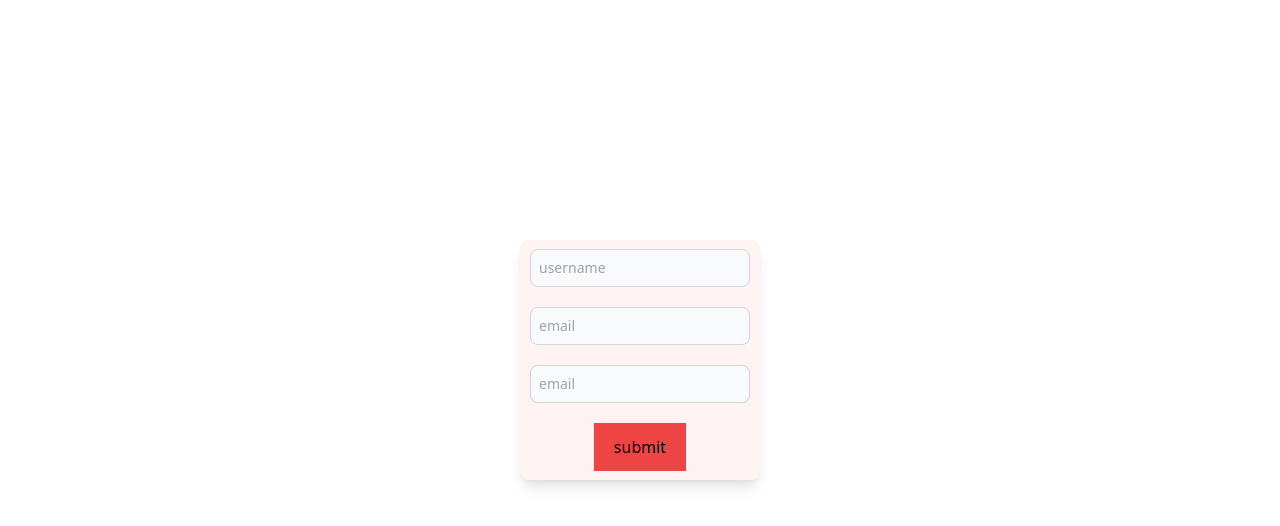
Repository: Emy-gold/alx-fe-reactjs
Page: / (app in form-handling-react/)
These files come from the project's save history. The page is drawn as it stood at one moment and after the next save; the edit follows.
The browser window is 1280 px wide. The pictures show the whole page.
The project was rebuilt for these pictures with package versions that can differ from the ones it lists, and the page was loaded fresh each time. Also part of the build but not shown: form-handling-react/vite.config.js.

Above is the page before, as saved 2025-08-22 21:59:18.

### form-handling-react/src/App.jsx
import React from 'react';
import RegistrationForm from './components/RegistrationForm';

function App() {
  return (
    <>
      <RegistrationForm />
    </>
  )
}

export default App

### form-handling-react/src/components/RegistrationForm.jsx
import React from 'react';
import { useState } from 'react';

function RegistrationForm() {

    const [formData, setFormData] = useState({ username: '', email: '', password: '' });

    const handleChange = (e) => {
        const { name, value } = e.target;
        setFormData(prevState => ({ ...prevState, [name]: value }));
    }

    const handleSubmit = (e) => {
        e.preventDefault();
        console.log(formData);
    }

    return (
        <div className='flex w-full mx-auto h-screen justify-center items-center '>
            <form onSubmit={handleSubmit} className='flex flex-col justify-center items-center w-60 h-60 rounded-lg shadow-lg bg-red-50'>
                <input
                    type="text"
                    name="username"
                    value={formData.name}
                    onChange={handleChange}
                    placeholder='username'
                    className='bg-gray-50 border border-gray-300 text-gray-900 text-sm p-2 rounded-lg mb-5'
                />
                <input
                    type="email"
                    name="email"
                    value={formData.email}
                    onChange={handleChange}
                    placeholder='email'
                    className='bg-gray-50 border border-gray-300 text-gray-900 text-sm p-2 rounded-lg mb-5'
                />
                <input
                    type="password"
                    name="password"
                    value={formData.password}
                    onChange={handleChange}
                    placeholder='email'
                    className='bg-gray-50 border border-gray-300 text-gray-900 text-sm p-2 rounded-lg mb-5'
                />
                <button type='submit' className='bg-red-500 py-3 px-5'>submit</button>
            </form>
        </div>
    )
}

export default RegistrationForm

Loaded but not shown: form-handling-react/index.html (common file); form-handling-react/src/main.jsx (common file); form-handling-react/src/index.css (common file); form-handling-react/tailwind.config.js (common file)

After the next save:
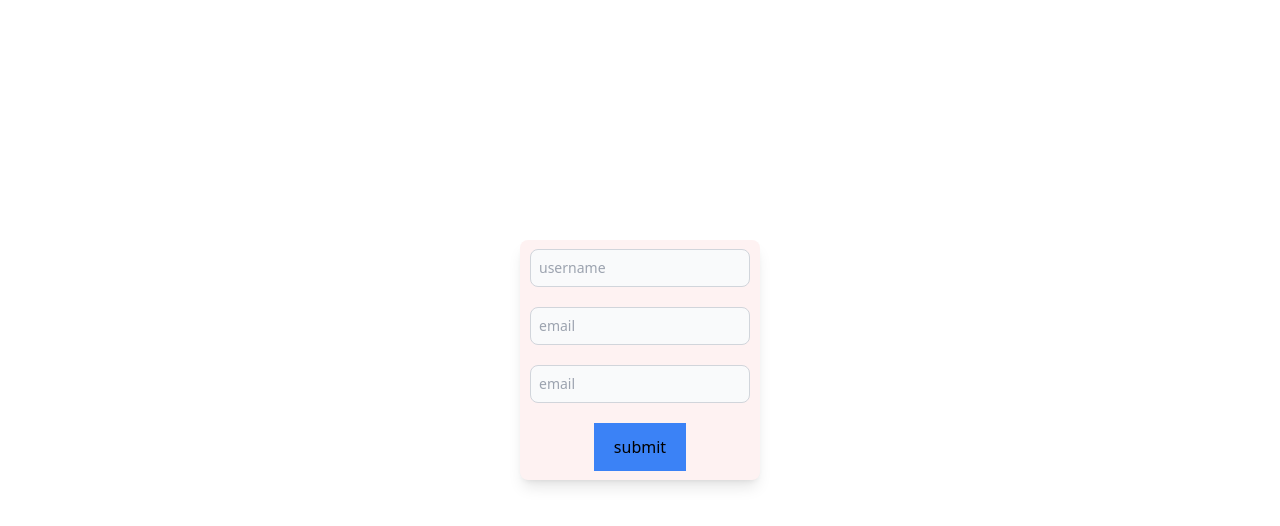
Saved 14 s later.
--- a/form-handling-react/src/components/RegistrationForm.jsx
+++ b/form-handling-react/src/components/RegistrationForm.jsx
@@ -42,7 +42,7 @@ function RegistrationForm() {
                     placeholder='email'
                     className='bg-gray-50 border border-gray-300 text-gray-900 text-sm p-2 rounded-lg mb-5'
                 />
-                <button type='submit' className='bg-red-500 py-3 px-5'>submit</button>
+                <button type='submit' className='bg-blue-500 py-3 px-5'>submit</button>
             </form>
         </div>
     )
